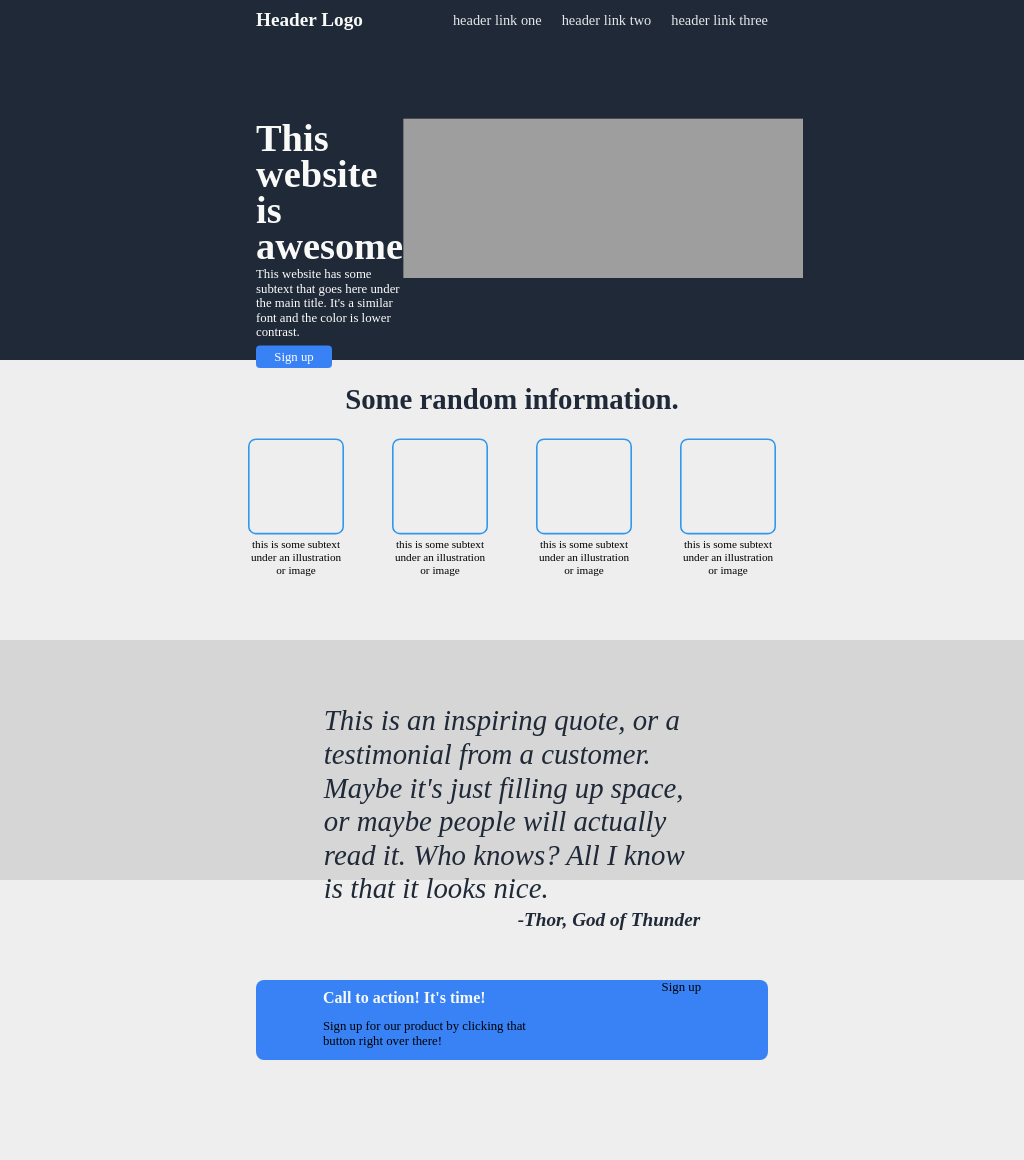
Repository: Pafestivo/Dummy-Landing-Page
Page: index.html
An editor plug-in stored every save of this project. The page is shown before and after the next save, followed by the edit.
The browser window is 1280 px wide. The pictures show the whole page, at 80% of full size.
Pictures or frames that could not be fetched are drawn as grey boxes.

Above is the page before, as saved 2022-09-26 19:37:52.

After the next save:
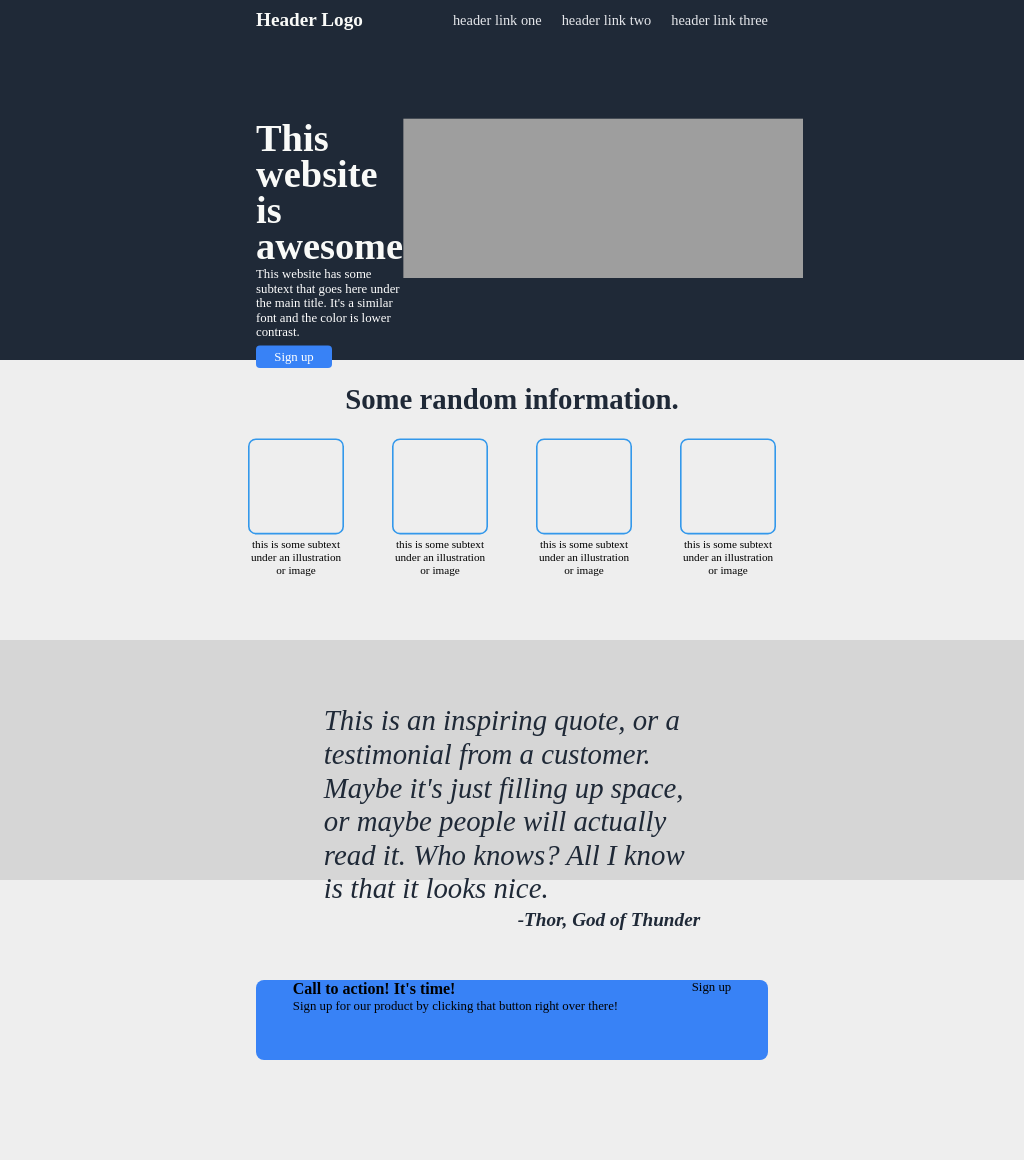
Saved 26 s later.
--- a/index.html
+++ b/index.html
@@ -81,7 +81,7 @@
         <section class="fourth">
             <div class="container">
                 <div class="coa">
-                    <div class="right">
+                    <div class="side">
                         <h1>Call to action! It's time!</h1>
                         <p>Sign up for our product by clicking that button right over there!</p>
                     </div> <!-- /right -->
